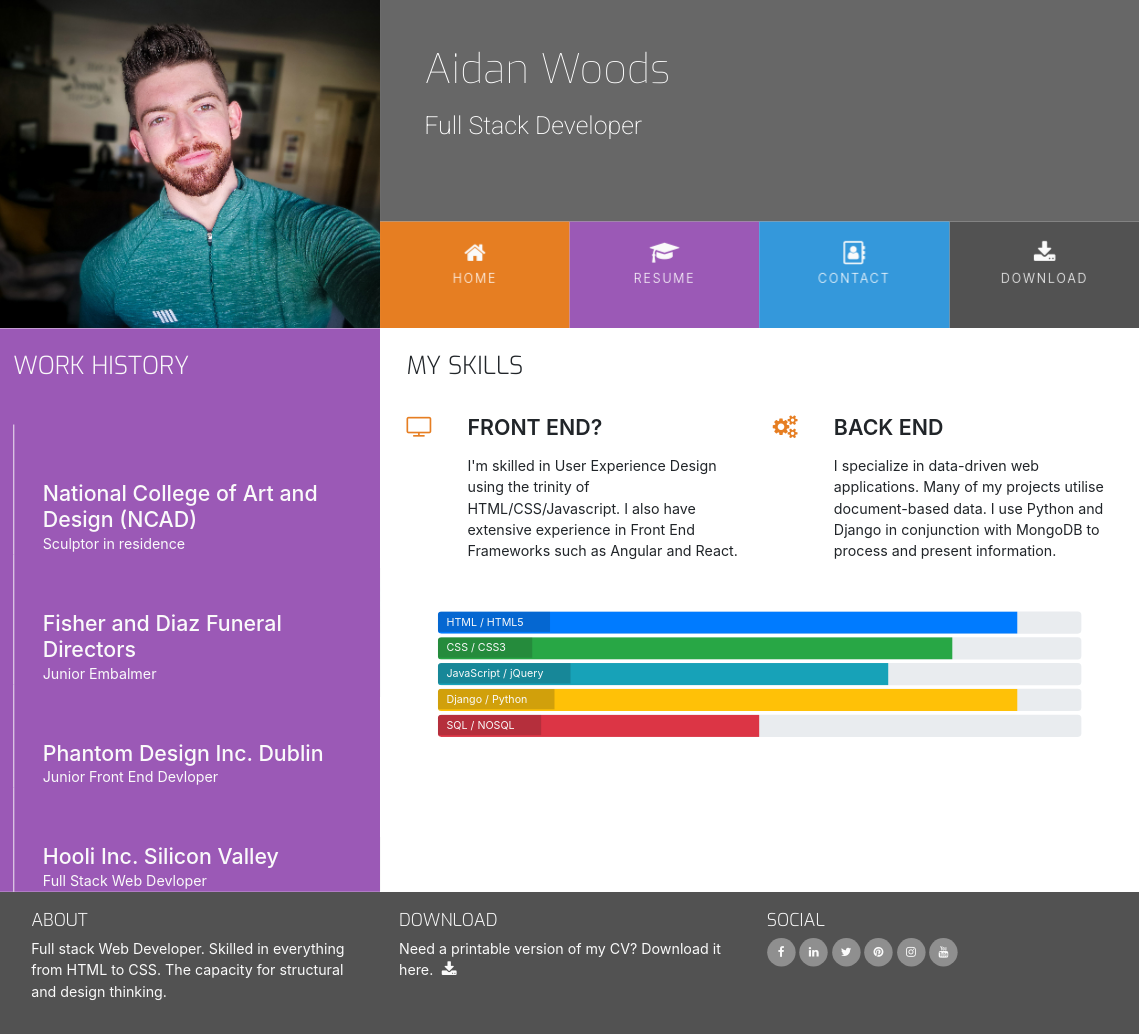
Repository: woodsyboi/Resume
Page: resume.html
The author's editor kept a record of every edit. The page is drawn from the files as they stood at one moment, then again after the next edit.
The browser window is 1280 px wide. The pictures show the whole page, at 89% of full size.

Above is the page before.

### resume.html
<!DOCTYPE html>
<html lang="en">

<head>
    <meta charset="UTF-8">
    <meta name="viewport" content="width=device-width, initial-scale=1.0">
    <meta http-equiv="X-UA-Compatible" content="ie=edge">
    <link rel="stylesheet" href="https://stackpath.bootstrapcdn.com/bootstrap/4.3.1/css/bootstrap.min.css" type="text/css" />
    <link rel="stylesheet" href="https://stackpath.bootstrapcdn.com/font-awesome/4.7.0/css/font-awesome.min.css" type="text/css" />
    <link rel="stylesheet" href="https://cdnjs.cloudflare.com/ajax/libs/hover.css/2.3.1/css/hover-min.css
" type="text/css" />
    <link rel="stylesheet" href="assets/css/style.css" type="text/css" />
    <title>Aidan</title>
</head>

<body>
    <header>
        <div class="row no-gutters">
            <a href="index.html" class="col-md-4 logo">

            </a>
            <div class="col-md-8">
                <div class="row no-gutters bg-color-name-title">
                    <div class="col heading">
                        <h1 class="name">Aidan Woods</h1>
                        <h2 class="title">Full Stack Developer</h2>
                    </div>

                </div>
                <div class="row no-gutters">
                    <div class="col">
                        <ul id="nav" class="list-inline menucontainer">
                            <li class="col-6 col-sm-3 ui-menu-color-home list-inline-item menuitem">
                                <a href="#" class="hvr-sweep-to-bottom"><i class="fa fa-home"></i><span>Home</span></a>
                            </li>
                            <li class="col-6 col-sm-3 ui-menu-color-resume list-inline-item menuitem">
                                <a href="#" class="hvr-sweep-to-bottom"><i class="fa fa-graduation-cap"></i><span>Resume</span></a>
                            </li>
                            <li class="col-6 col-sm-3 ui-menu-color-contact list-inline-item menuitem">
                                <a href="#" class="hvr-sweep-to-bottom"><i class="fa fa-address-book-o"></i><span>Contact</span></a>
                            </li>
                            <li class="col-6 col-sm-3 ui-menu-color-download list-inline-item menuitem">
                                <a href="#" class="hvr-sweep-to-bottom"><i class="fa fa-download"></i><span>Download</span></a>
                            </li>
                        </ul>
                    </div>
                </div>

            </div>
        </div>
    </header>
    <section class="container-fluid">

        <div class="row ">
            <div class="col-md-4 bg-color-work-history section-coloum">
                <div class="row">
                    <div class="col-12">
                        <h3 class="history-heading uppercase">
                            Work History
                        </h3>
                    </div>
                </div>
                <div class="history-items">
                    <div class="timeline-item" data-dates="02/1998 - 04/2004">
                        <h4>National College of Art and Design (NCAD)</h4>
                        <p>Sculptor in residence</p>
                    </div>
                    <div class="timeline-item" data-dates="04/2004 - 06/2008">
                        <h4>Fisher and Diaz Funeral Directors</h4>
                        <p>Junior Embalmer</p>
                    </div>
                    <div class="timeline-item" data-dates="06/2008 - 06/2011">
                        <h4>Phantom Design Inc. Dublin</h4>
                        <p>Junior Front End Devloper</p>
                    </div>
                    <div class="timeline-item" data-dates="06/2011 - Present">
                        <h4>Hooli Inc. Silicon Valley</h4>
                        <p>Full Stack Web Devloper</p>
                    </div>
                </div>
            </div>

            <div class="col-md-8 bg-color-three-reasons section-column">
                <div class="row">
                    <div class="col">
                        <h3 class="section-heading uppercase">My Skills</h3>
                    </div>
                </div>
                <div class="row">
                    <div class="col-10 offset-1 offset-sm-0 col-sm-4 col-md-6">
                        <div class="row">
                            <div class="col-2">
                                <i class="three-reasons-icon fa fa-tv" aria-hidden="true"></i>
                            </div>
                            <div class="col-10">
                                <h4 class="three-reasons-heading uppercase">Front End?</h4>
                                <p>
                                    I'm skilled in User Experience Design using the trinity of HTML/CSS/Javascript. I also have extensive experience in Front End Frameworks such as Angular and React. </p>
                            </div>
                        </div>
                    </div>
                    <div class="col-10 offset-1 offset-sm-0 col-sm-4 col-md-6">
                        <div class="row">
                            <div class="col-2">
                                <i class="three-reasons-icon fa fa-gears" aria-hidden="true"></i>
                            </div>
                            <div class="col-10">
                                <h4 class="three-reasons-heading uppercase">Back End</h4>
                                <p>
                                    I specialize in data-driven web applications. Many of my projects utilise document-based data. I use Python and Django in conjunction with MongoDB to process and present information.
                                </p>
                            </div>
                        </div>
                    </div>


                </div>

                <div class="row progress-section">
                    <div class="col">
                        <div class="progress">
                            <div class="progress-bar" role="progressbar" aria-valuenow="90" aria-valuemin="0" aria-valuemax="100" style="width:90%;">
                                <span class="sr-only">90% complete</span>
                            </div>
                            <span class="progress-type">HTML / HTML5</span>
                        </div>
                        <div class="progress">
                            <div class="progress-bar bg-success" role="progressbar" aria-valuenow="980" aria-valuemin="0" aria-valuemax="100" style="width:80%;">
                                <span class="sr-only">80% complete</span>
                            </div>
                            <span class="progress-type">CSS / CSS3</span>
                        </div>
                        <div class="progress">
                            <div class="progress-bar bg-info" role="progressbar" aria-valuenow="70" aria-valuemin="0" aria-valuemax="100" style="width:70%;">
                                <span class="sr-only">70% complete</span>
                            </div>
                            <span class="progress-type">JavaScript / jQuery</span>
                        </div>
                        <div class="progress">
                            <div class="progress-bar bg-warning" role="progressbar" aria-valuenow="90" aria-valuemin="0" aria-valuemax="100" style="width:90%;">
                                <span class="sr-only">90% complete</span>
                            </div>
                            <span class="progress-type">Django / Python</span>
                        </div>
                        <div class="progress">
                            <div class="progress-bar bg-danger" role="progressbar" aria-valuenow="50" aria-valuemin="0" aria-valuemax="100" style="width:50%;">
                                <span class="sr-only">50% complete</span>
                            </div>
                            <span class="progress-type">SQL / NOSQL</span>
                        </div>
                    </div>
                </div>
            </div>
        </div>

    </section>
    <footer class="container-fluid">
        <div id="footer-details" class="row">
            <div class="col-sm-4">
                <h5 class="uppercase general-sub">About</h5>
                <p class="inline-block">
                    Full stack Web Developer. Skilled in everything from HTML to CSS. The capacity for structural and design thinking.</p>

            </div>
            <div class="col-sm-4">
                <h5 class="uppercase general-sub">Download</h5>
                <p class="inline-block">
                    Need a printable version of my CV? Download it here.
                    <a href="#" target="_blank" class="cv-pdf">
                        <i class="fa fa-download" aria-hidden="true"></i>
                        <span class="sr-only"> Download Link.</span>
                    </a>
                </p>

            </div>
            <div class="col-sm-4">
                <h5 class="uppercase general-sub">Social</h5>
                <ul class="list-inline social-links">
                    <li class="list-inline-item">
                        <a target="_blank" href="#">
                            <i class="fa fa-facebook" aria-hidden="true"></i>
                            <span class="sr-only">Facebook</span>
                        </a>
                    </li>
                    <li class="list-inline-item">
                        <a target="_blank" href="#">
                            <i class="fa fa-linkedin" aria-hidden="true"></i>
                            <span class="sr-only">LinkedIn</span>
                        </a>
                    </li>
                    <li class="list-inline-item">
                        <a target="_blank" href="#">
                            <i class="fa fa-twitter" aria-hidden="true"></i>
                            <span class="sr-only">Twitter</span>
                        </a>
                    </li>
                    <li class="list-inline-item">
                        <a target="_blank" href="#">
                            <i class="fa fa-pinterest" aria-hidden="true"></i>
                            <span class="sr-only">Pinterest</span>
                        </a>
                    </li>
                    <li class="list-inline-item">
                        <a target="_blank" href="#">
                            <i class="fa fa-instagram" aria-hidden="true"></i>
                            <span class="sr-only">Instagram</span>
                        </a>
                    </li>
                    <li class="list-inline-item">
                        <a target="_blank" href="#">
                            <i class="fa fa-youtube" aria-hidden="true"></i>
                            <span class="sr-only">YouTube</span>
                        </a>
                    </li>
                </ul>

            </div>
        </div>
    </footer>

</body>

</html>

### assets/css/style.css
@import url('https://fonts.googleapis.com/css?family=Roboto:100,200,300,400,500,600,700|Exo:100,200,300,400,500,600,700');


/*------------------------------Colors--------*/

.bg-color-name-title {
    background-color: #676767;
}


.bg-color-three-reasons {
    background-color:#fff;
}

.bg-color-personal-info {
    background-color: #f4f4f4;
}

.ui-menu-color-home {
    background-color: #e67e22;

}

.ui-menu-color-resume {
    background-color: #9b59b6;

}

.ui-menu-color-contact {
    background-color: #3498db;

}

.ui-menu-color-download {
    background-color: #525252;

}

.bg-color-work-history {
    background-color: #9b59b6;
}

/*----------------------------special paddings/margins/text*/

h1,
h2,
h3,
h4 {
    margin: 0;
}

.uppercase {
    text-transform: uppercase;
}

.general-sub {
    font-family:"Exo", sans-serif;
    font-weight: 300;
    color: #fafafa;
}

.inline-block{
    display:inline-block;
}

.row-table {
    display:table;
}

.section-column {
    display:table-cell;
    padding:0 30px 30px;
    float:none;
}

.history-heading,
.section-heading{
    font-family:"Exo", sans-serif;
    font-weight: 300;
    margin-top: 25px;
    margin-bottom: 40px;
}
/*-------------------------------Heading--------*/

header {

    margin: 0;

}

.heading {
    margin-left: 50px;

}

.logo {
    background: url("../images/my_face.jpg");
    background-position: center;
    background-repeat: no-repeat;
    background-size: cover;
    min-height: 360px;
    transition: all .5s ease-in-out;
    -moz-transition: all .5s ease-in-out;
    -webkit-transition: all .5s ease-in-out;
}

.name {
    font-family: "Exo", sans-serif;
    font-weight: 100;
    font-size: 46px;
    margin-top: 50px;
    color: #fff;

}

.title {
    font-family: "Roboto", sans-serif;
    font-weight: 200;
    font-size: 28px;
    margin-top: 20px;
    margin-bottom: 90px;
    color: #fff;

}

.list-inline-item:not(:last-child) {
    margin: 0;
}

.menucontainer {
    font-size: 0;
}

#nav {
    margin: 0;
}

#nav li {
    font-size: 14px;
    padding: 0;
}


.menuitem {
    height: 120px;
    text-align: center;
    padding: 0;

}

.menuitem a {
    width: 100%;
    text-decoration: none;
    color: #fff;
    height: 120px;

}

.menuitem a i {
    padding-top: 22px;
    display: block;
    color: #fafafa;
    font-size: 26px;


}

.menuitem span {
    display: block;
    width: 100%;
    padding-top: 5px;
    text-align: center;
    text-transform: uppercase;
    font-size: 14px;
    font-weight: 300;
    letter-spacing: 2px;

}



/*----------------------------hover*/

.hvr-sweep-to-bottom:before {
    background-color: rgba(0, 0, 0, 0.2);
    height: 120px;

}


/*-------------------------------footer--------*/

footer{
    background-color: #525252;
    color:#fafafa;
    min-height: 120px;
}


.cv-pdf i{
   font-size: 18px;
   color: #fafafa;
   text-align: center;
   padding-left: 5px;
   transition: all 0.35s ease-in-out;
   -moz-transition: all 0.35s ease-in-out;
   -webkit-transition: all 0.35s ease-in-out;
   -o-transition: all 0.35s ease-in-out;

}

.cv-pdf i:hover {
    color:#e84710;
}

.social-links{
    padding-bottom: 15px;
}

.social-links li a i {
    width:32px;
    height:32px;
    padding:12px 0;
    border-radius:50%;
    font-size: 13px;
    line-height: 7px;
    text-align:center;
    color:#fafafa;
    background:#8f8f8f;
    transition: all 0.35s ease-in-out;
   -moz-transition: all 0.35s ease-in-out;
   -webkit-transition: all 0.35s ease-in-out;
   -o-transition: all 0.35s ease-in-out;

}

.social-links li a i:hover {
    background:#e84710;
}

#footer-details {
    padding:20px;
}

/*-------------------------------Three reasons--------*/

.three-reasons-icon {
    font-size:26px;
    color: #e67e22;
}

.three-reasons-heading {
    margin-bottom: 15px;
}

.three-reasons-heading {
    font-weight: 600;
}

/*------------------------------Personal Info--------*/

.personal-info-item {
    margin-bottom:20px;
    display: block;
    clear: both;
}

.personal-info-item .key,
.personal-info-item .value {
    padding-right:8px;
    display:inline-block;

}

.personal-info-item .key p,
.personal-info-item .value p{
    margin:0;
}

.personal-info-item .key{
    width:30%;
    margin-right:21px;
    padding-top:2px;
    vertical-align:top;
}

.personal-info-item .key p {
    font-weight: 700;
}

.personal-info-item .value{
    position: relative;
    width: 60%;
}

/*-----------------------------Skills--------*/

.progress{
    position: relative;
    height:25px;
    margin-bottom:4px;
}

.progress-type {
    position: absolute;
    left:0px;
    font-weight: 400;
    padding: 3px 30px 2px 10px;
    color: #fafafa;
    background-color: rgba(25,25,25,0.2);
}

.progress-section {
    margin: 40px 20px;
}

/*-----------------------------work history--------*/


.history-heading{
    color:#fafafa;
    margin-bottom: 50px;
}

.timeline-item {
    padding: 4em 2em 0em 2em;
    position:relative;
    color: #fafafa;
    border-left: 1px solid;


}

.timeline-item p {
    padding: 0;
    margin: 0;

}
.timeline-item:before {
    content:attr{data-dates);
    position: absolute;
    left: 2.5em;
    top: 3em;
    display: block;
    font-family: "Exo", sans-serif;
    font-weight: 500;
    font-size: 0.8em;
    padding:0;
    margin:0;
}

.timeline-item:after {
    width: 12px;
    height: 12px;
    display: block;
    top: 2.4em;
    position:absolute;
    left:-6px;
    border-radius:12px;
    content: '';
    background: #fafafa;
}

After the next edit:
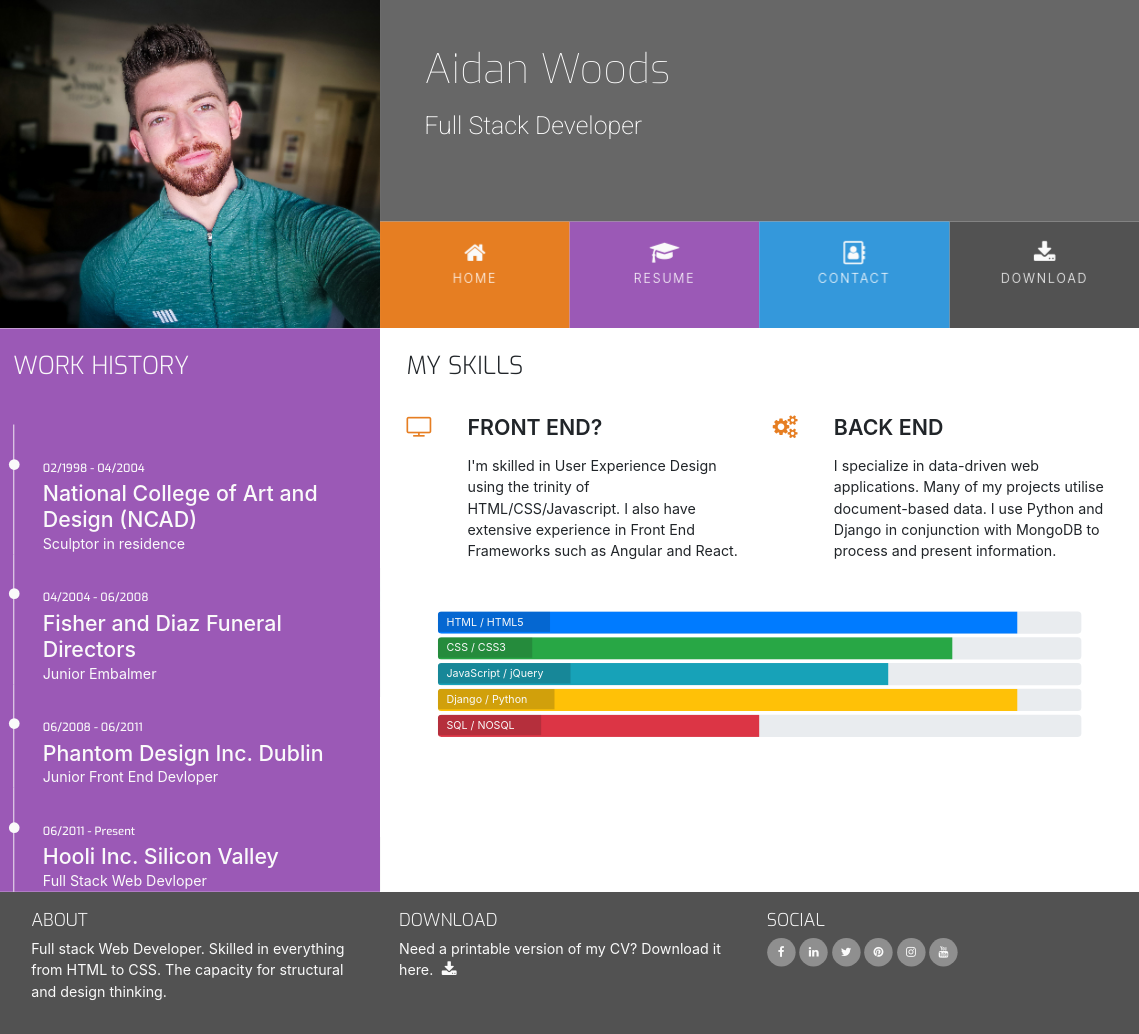
The edit:
--- a/assets/css/style.css
+++ b/assets/css/style.css
@@ -337,7 +337,7 @@
 
 }
 .timeline-item:before {
-    content:attr{data-dates);
+    content:attr(data-dates);
     position: absolute;
     left: 2.5em;
     top: 3em;
